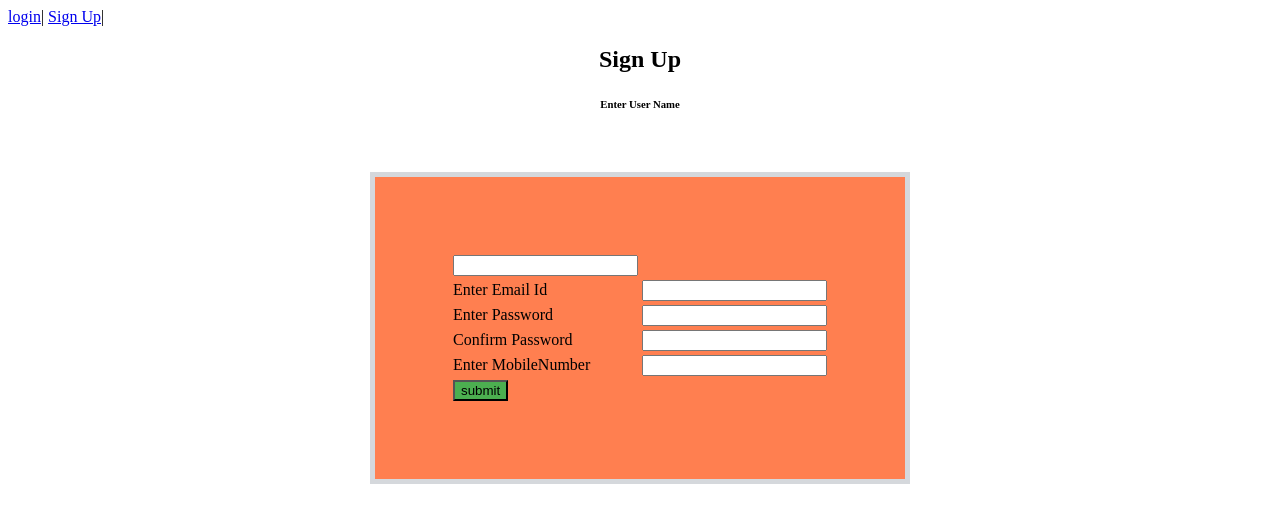
Repository: ashwinipatil321/ServletPrograms
Page: http://localhost/loginAndRegisterServlet/Register.jsp
An editor plug-in stored every save of this project. The page is shown before and after the next save, followed by the edit.
The browser window is 1280 px wide. The pictures show the whole page.
The page is served by Tomcat 9.

Above is the page before, as saved 2017-11-06 13:35:42.

After the next save:
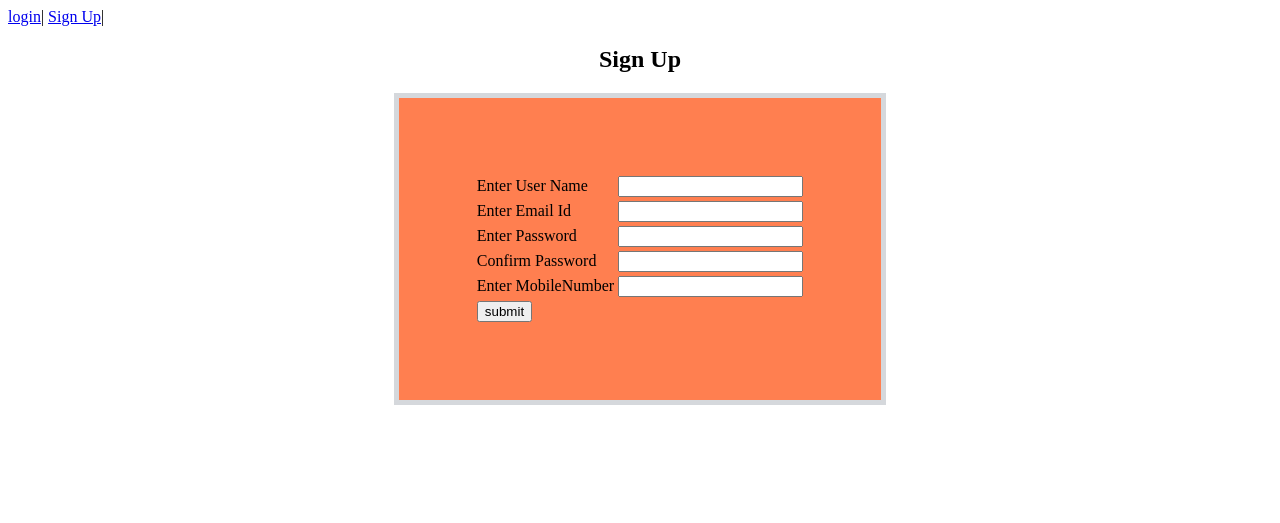
Saved 30 s later.
--- a/loginAndRegisterServlet/WebContent/Register.jsp
+++ b/loginAndRegisterServlet/WebContent/Register.jsp
@@ -17,9 +17,8 @@ table {
 	background-color: coral;
 }
 
-.submit {
+.button {
 	text-align: center;
-
 	background-color: #4CAF50;
 }
 </style>
@@ -33,7 +32,7 @@ table {
 				<table border="0">
 					<h2>Sign Up</h2>
 					<tr>
-						<h6>Enter User Name<h6><br>
+						<td>Enter User Name</td>
 						<td><input type="text" name="UserName"></td>
 					</tr>
 
